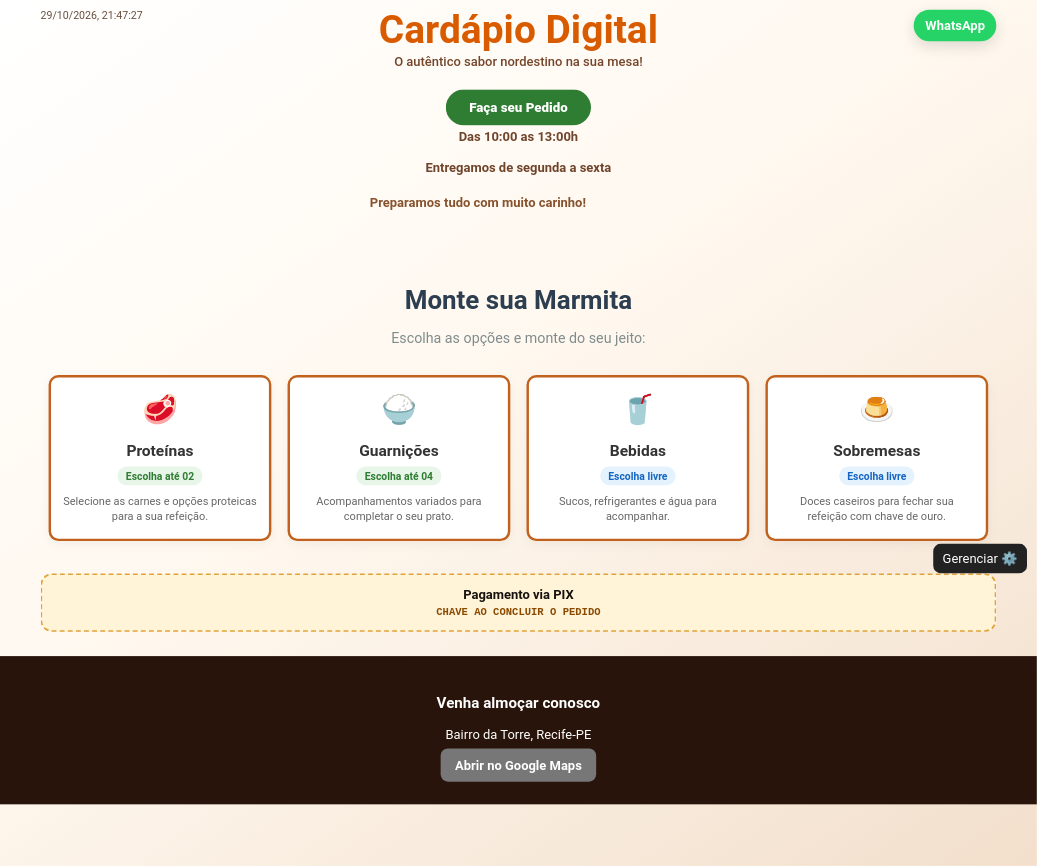
Repository: JeffRodFer/sd-copy-01-frontend
Page: index.html
The author's editor kept a copy of each file at every save. The page is drawn from the files as they stood at one save, then again after the next save.
The browser window is 1280 px wide. The pictures show the whole page, at 81% of full size.
The page's requests for data from a server got no answer.

Above is the page before, as saved 2026-10-31 11:40:38.

After the next save:
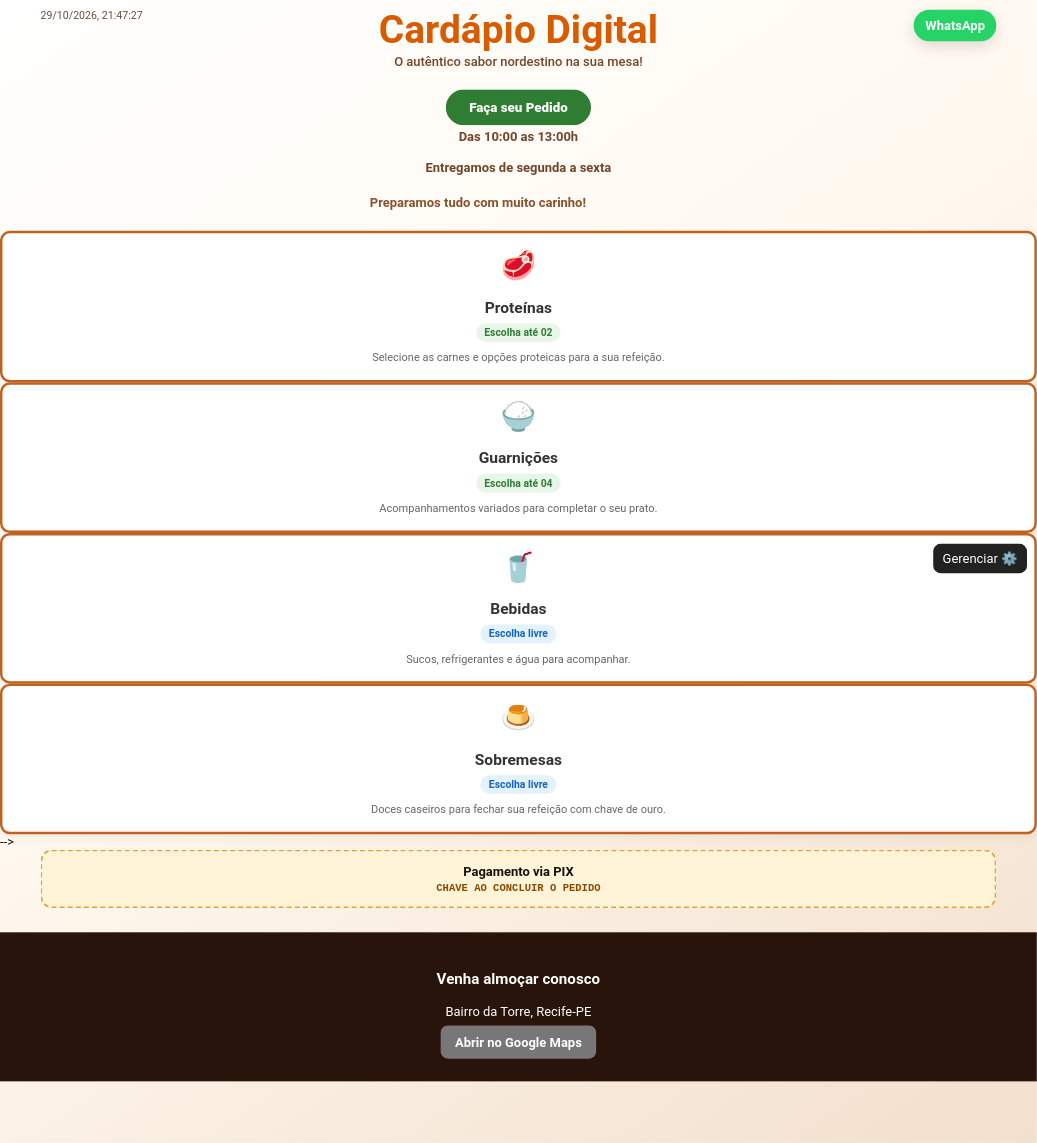
Saved 37 s later.
--- a/index.html
+++ b/index.html
@@ -58,7 +58,7 @@
     Preparamos tudo com muito carinho!
   </div>
 
-  <section class="menu-categories-section">
+  <!-- <section class="menu-categories-section">
     <h2>Monte sua Marmita</h2>
     <p class="subtitle">Escolha as opções e monte do seu jeito:</p>
 
@@ -95,7 +95,7 @@
         <p>Doces caseiros para fechar sua refeição com chave de ouro.</p>
       </div>
     </div>
-  </section>
+  </section> -->
 
 
   <div class="container pix">

After the save that followed:
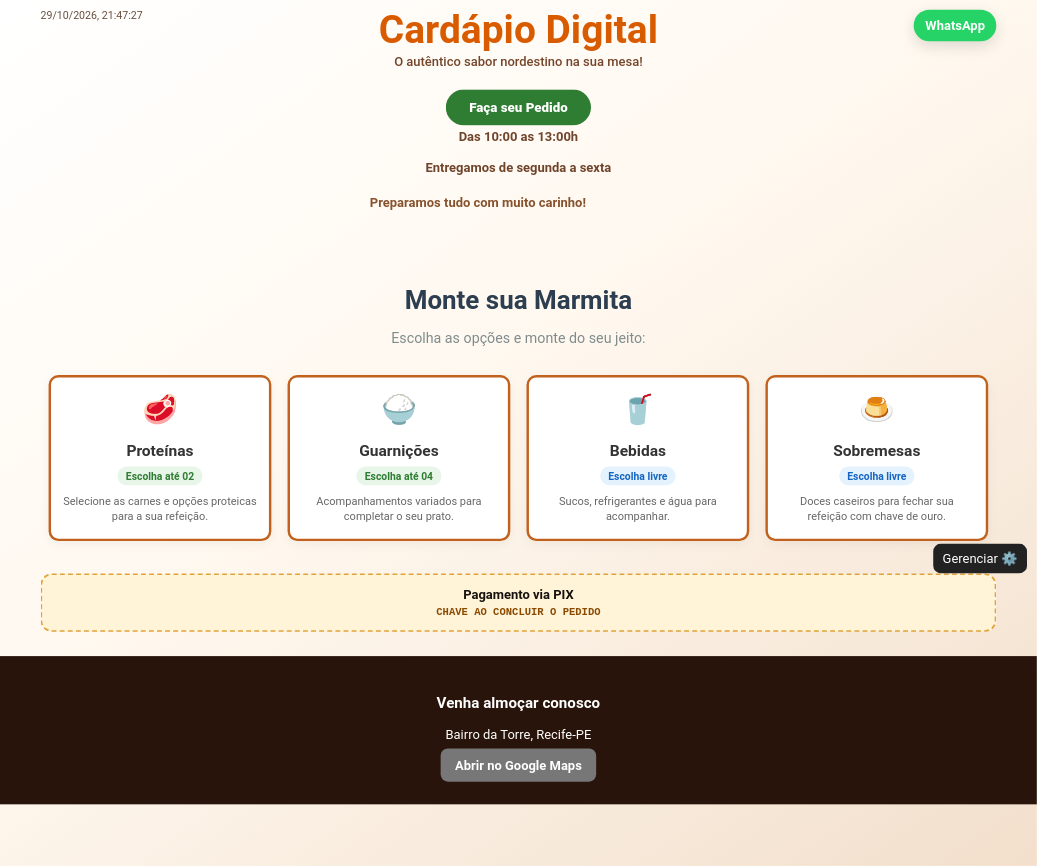
Saved 11 s later.
--- a/index.html
+++ b/index.html
@@ -58,7 +58,7 @@
     Preparamos tudo com muito carinho!
   </div>
 
-  <!-- <section class="menu-categories-section">
+  <section class="menu-categories-section">
     <h2>Monte sua Marmita</h2>
     <p class="subtitle">Escolha as opções e monte do seu jeito:</p>
 
@@ -95,7 +95,7 @@
         <p>Doces caseiros para fechar sua refeição com chave de ouro.</p>
       </div>
     </div>
-  </section> -->
+  </section>
 
 
   <div class="container pix">
